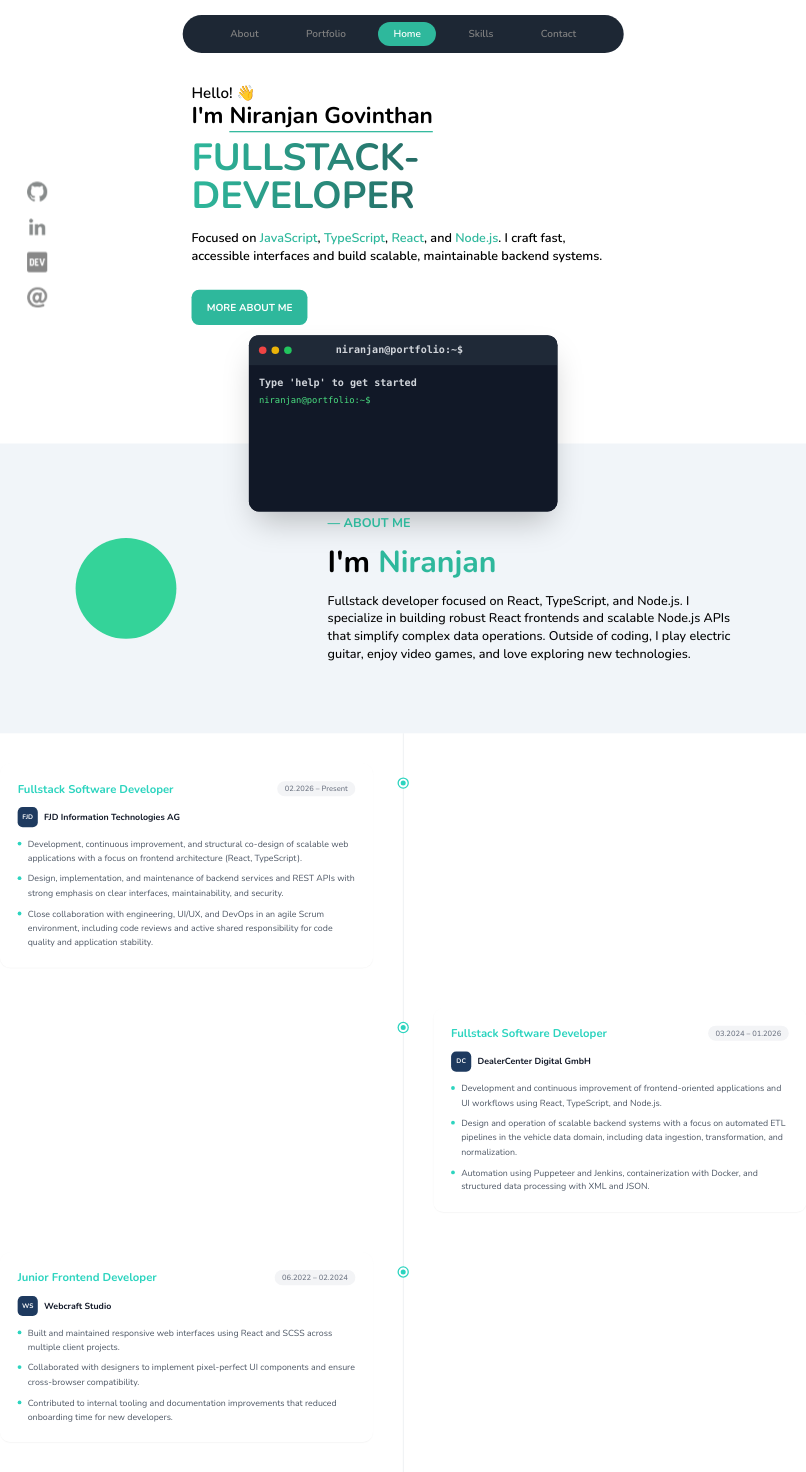
Repository: Niranjan-webdev/My-portfolio
Page: /
The author's editor kept a copy of each file at every save. The page is drawn from the files as they stood at one save, then again after the next save.
The browser window is 1280 px wide. The pictures show the whole page, at 63% of full size.
The project was rebuilt for these pictures with package versions that can differ from the ones it lists, and the page was loaded fresh each time. Also part of the build but not shown: next.config.mjs.

Above is the page before, as saved 2026-03-21 10:54:30.

After the next save:
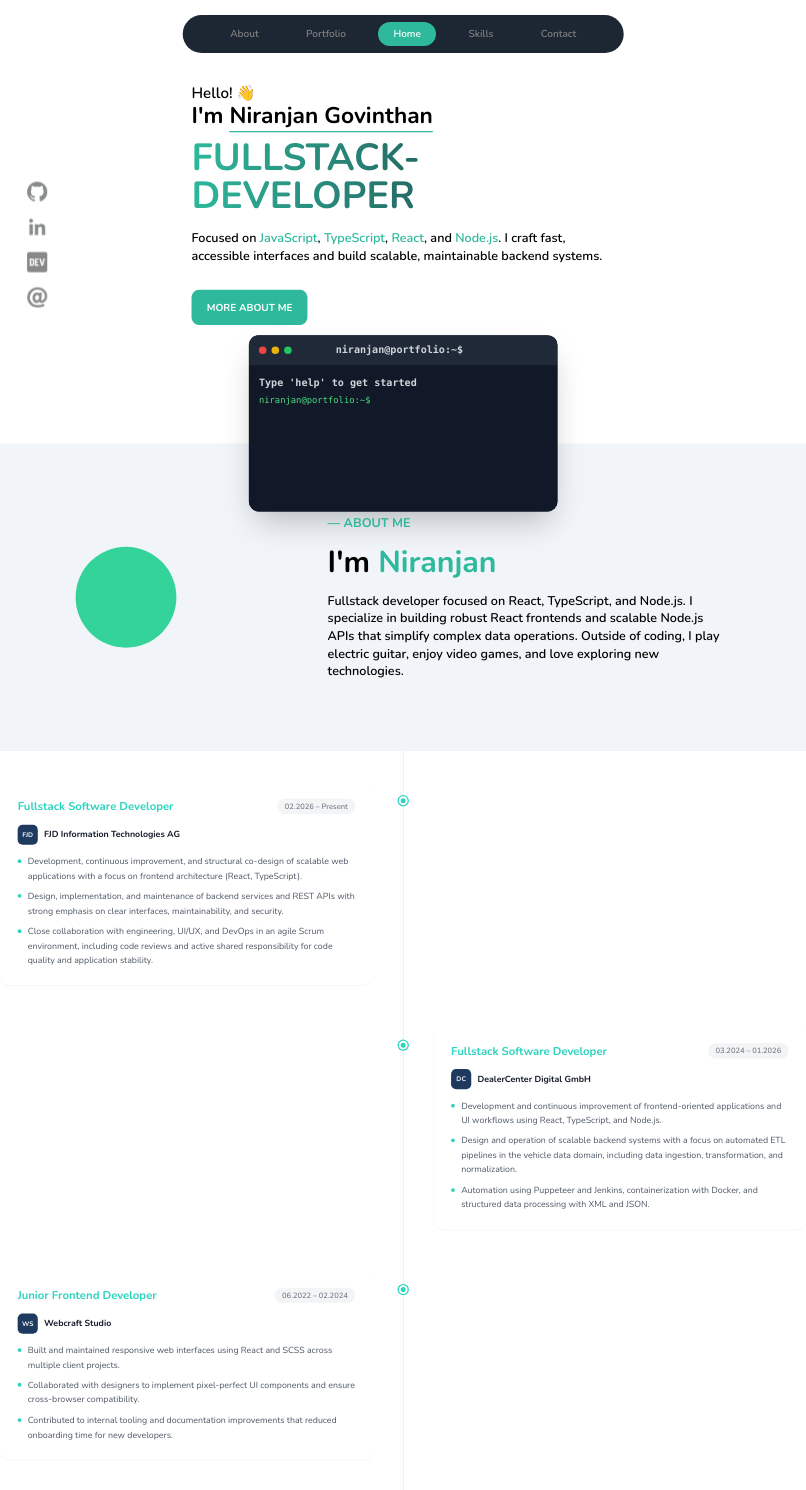
Saved 5 s later.
--- a/src/components/MainContainer.js
+++ b/src/components/MainContainer.js
@@ -43,7 +43,7 @@ function MainContainer() {
                     <div className='about__content w-1/2'>
                         <h4 className='text-xl font-bold text-[#2eb89c] mb-6'>— ABOUT ME</h4>
                         <h2 className='text-5xl text-[#2eb89c] mb-6 font-bold'><span className='text-black'>I'm</span> Niranjan</h2>
-                        <p className='text-xl font-[500]'>Fullstack developer focused on React, TypeScript, and Node.js. I specialize in building robust React frontends and scalable Node.js APIs that simplify complex data operations. Outside of coding, I play electric guitar, enjoy video games, and love exploring new technologies.</p>
+                        <p className='text-xl font-[600]'>Fullstack developer focused on React, TypeScript, and Node.js. I specialize in building robust React frontends and scalable Node.js APIs that simplify complex data operations. Outside of coding, I play electric guitar, enjoy video games, and love exploring new technologies.</p>
                     </div>
                 </div>
 
